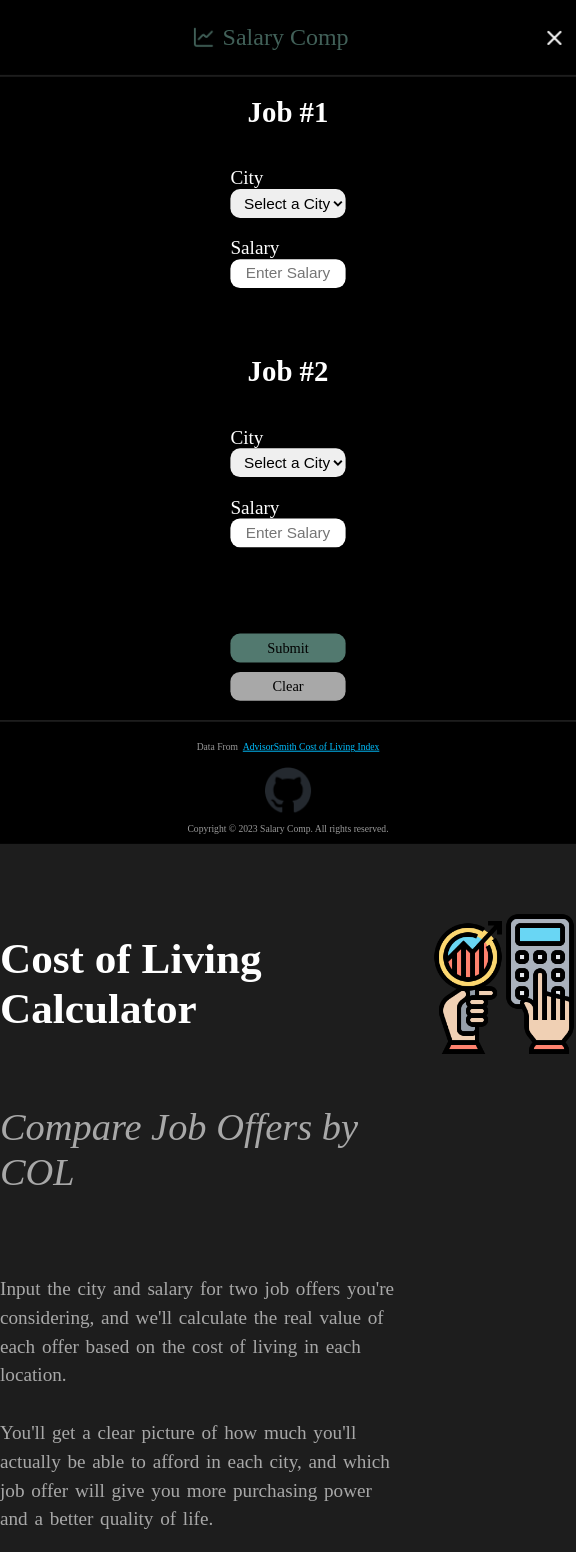
Repository: robbymcd/Salary-Comp
Page: /
The author's editor kept a copy of each file at every save. The page is drawn from the files as they stood at one save, then again after the next save.
The browser window is 600 px wide. The pictures show the whole page, at 96% of full size.
Some web fonts or font styles are not loaded; a fallback is used. The project was rebuilt for these pictures with package versions that can differ from the ones it lists, and the page was loaded fresh each time. Also part of the build but not shown: src/Main.css, src/Main.js.

Above is the page before, as saved 2023-06-16 18:08:39.

After the next save:
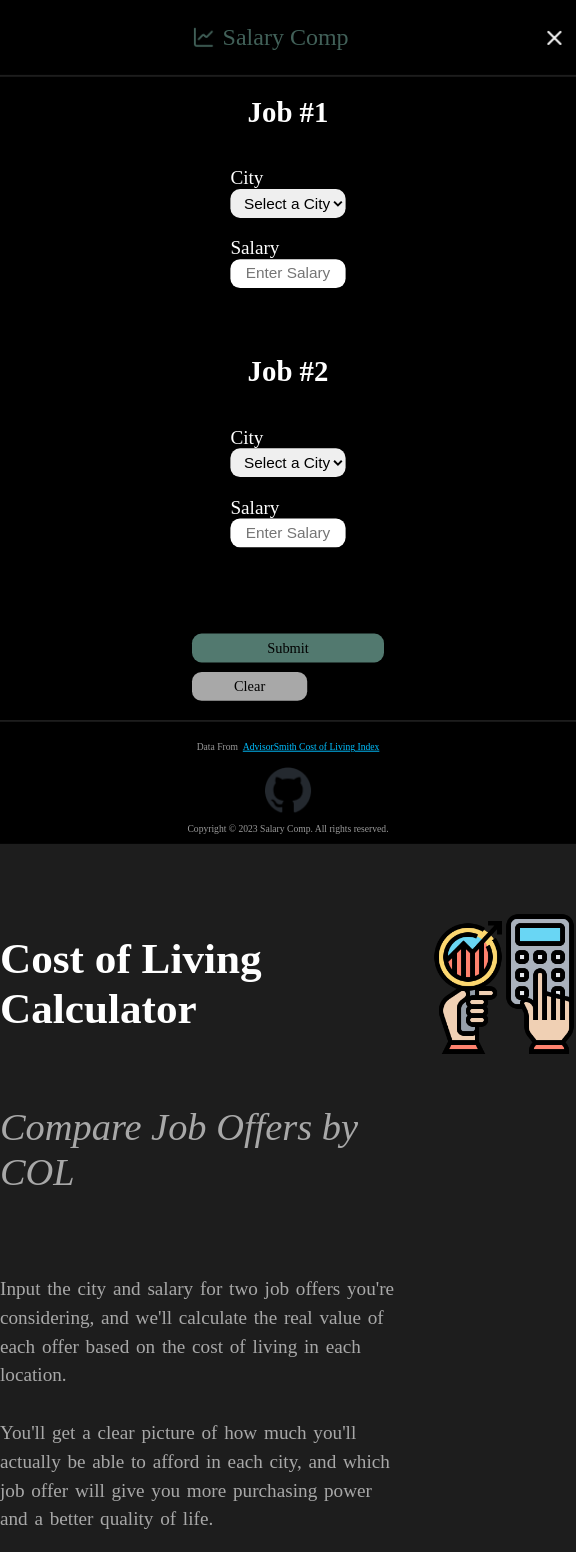
Saved 31 s later.
--- a/src/Sidebar.css
+++ b/src/Sidebar.css
@@ -104,4 +104,8 @@
     .plusIcon {
         margin: 0;
     }
+
+    .submit {
+        width: 200px;
+    }
 }
